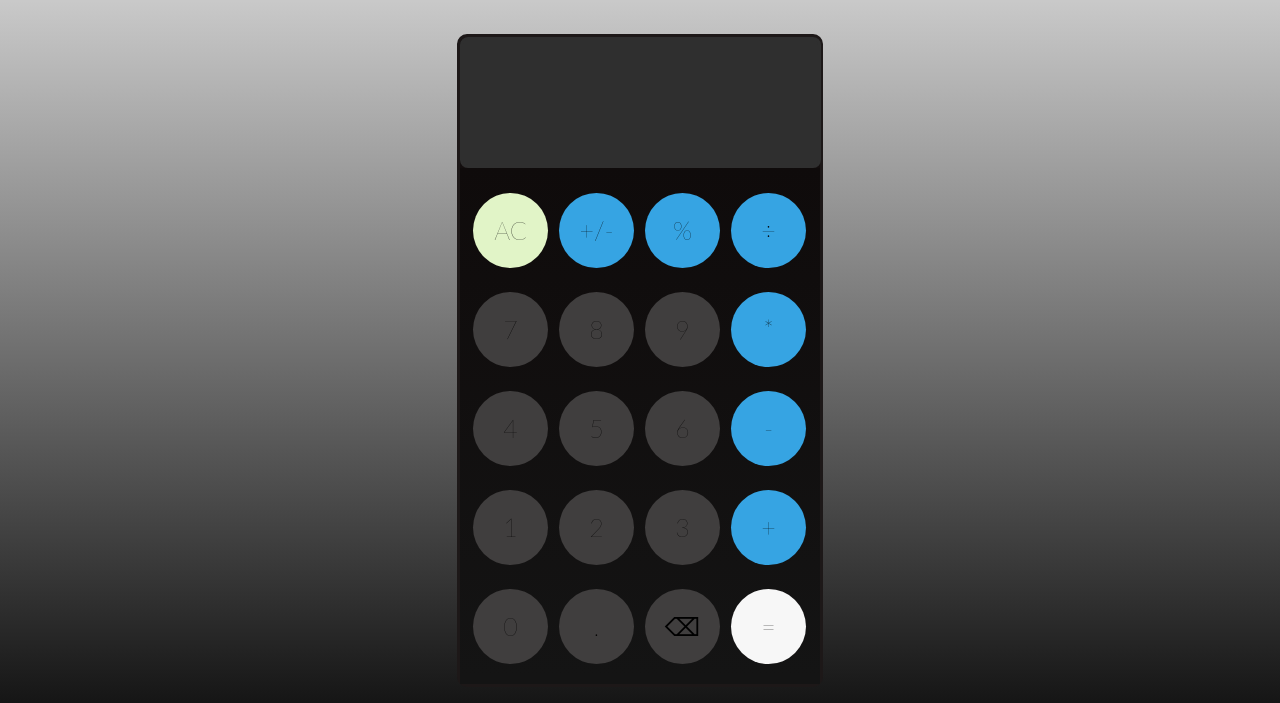
Repository: MhlengiNgubane/BrainnestJsTwo
Page: index.html
These files come from the project's save history. The page is drawn as it stood at one moment and after the next save; the edit follows.
The browser window is 1280 px wide. The pictures show the whole page.

Above is the page before, as saved 2022-09-12 09:58:06.

### index.html
<!DOCTYPE html>
<html lang="en">
<head>
    <meta charset="UTF-8">
    <meta http-equiv="X-UA-Compatible" content="IE=edge">
    <meta name="viewport" content="width=device-width, initial-scale=1.0">
    <title>CALCULATOR</title>

    <link rel="stylesheet" href="style.css">
</head>
    <body>
            <div class="container">
                <input type="text" class="input" value="" disabled />
                <div class="buttons">
                    <button value="AC" class="ac clear">AC</button>
                    <button value="+/-" class="oper plusMinus">+/-</button>
                    <button value="%" class="oper percent">%</button>
                    <button value="/" class="oper operator">&divide</button>

                    <button value="7" class="number">7</button>
                    <button value="8" class="number">8</button>
                    <button value="9" class="number">9</button>
                    <button value="*" class="oper operator">*</button>

                    <button value="4" class="number">4</button>
                    <button value="5" class="number">5</button>
                    <button value="6" class="number">6</button>
                    <button value="-" class="oper operator">-</button>

                    <button value="1" class="number">1</button>
                    <button value="2" class="number">2</button>
                    <button value="3" class="number">3</button>
                    <button value="+" class="oper operator">+</button>

                    <button value="0" class="zero number">0</button>
                    <button value="." class="decimal">.</button>
                    <button value="DEL" class="delete">⌫</button>
                    <button value="=" class="equal operator">=</button>
                </div>
            </div>

        <script src="App.js"></script>
    </body>
</html>

### style.css
* {
    border: 0;
    margin: 0;
    padding: 0;
    font-family: 'lato';
    font-weight: 100;
}

body{
    font-family: 'Roboto';
    font-weight: 400;
    background: linear-gradient(360deg, #141414 1.56%, rgba(0, 0, 0, 0.21) 100%);
    width: 100%;
    height: 100vh;
    display: flex;
    flex-direction: column;
    align-items: center;
    justify-content: center;
}



.container{
    align-items: center;
    margin: auto;
    margin-top: 60px;
    width: 360px;
    border: 20px;
    border: 3px solid #1d1818;
    background-color: #130e0e;
    border-radius: 10px;
    margin-bottom: 60px;
}

.input{
    position: relative;
    width: 355px;
    height: 125px;
    border: 3px solid #2f2f2f;
    text-align: right;
    border-radius: 8px;
    background-color: #2f2f2f;
    color: #fff;
    font-size: 60px;
}

.buttons{
    display: grid;
    grid-template-columns: repeat(4, 1fr);
    row-gap: 10px;
    column-gap: 10px;
    background: linear-gradient(360deg, #141414 1.56%, rgba(0, 0, 0, 0.21) 100%);
    padding: 18px 13px 13px 13px;
}

button{
    border: 1;
    outline: none;
    height: 75px;
    width: 75px;
    border-radius: 70px;
    text-align: center;
    margin-top: 7px;
    margin-bottom: 7px;
    color: ;
    font-size: 25px;
    background-color: #403e3e;
}

.oper {
    background-color: #36a4e3;
}

.ac {
    background-color: #e1f4c7;
}

.equal {
    background-color: #f7f7f7;
}

### App.js
function add(firstNumber, secondNumber){
  return firstNumber + secondNumber;
}
function subtract(firstNumber, secondNumber){
  return firstNumber - secondNumber;
}
function multiply(firstNumber, secondNumber){
  return firstNumber * secondNumber;
}
function divide(firstNumber, secondNumber){
  return firstNumber / secondNumber;
}
function operate(operator, firstNumber, secondNumber){
  if(operator === '+'){
      return add(firstNumber, secondNumber);
  }
  else if(operator === '-'){
      return subtract(firstNumber, secondNumber);
  }
  else if(operator === '*'){
      return multiply(firstNumber, secondNumber);
  }
  else if(operator === '/'){
      return divide(firstNumber, secondNumber);
  }
  return secondNumber;
}

const display = document.querySelector('.input');

const calculator = {
  displayValue: '0',
  firstNumber: null,
  operator: null,
  secondNumber: false,
};

function clear() {
  calculator.displayValue = '0';
  calculator.firstNumber = null;
  calculator.operator = null;
  calculator.secondNumber = false;
}

function updateDisplay() {
  display.value = calculator.displayValue;
}

const buttons = document.querySelector('.buttons');
buttons.addEventListener('click', (e) => {
const target = e.target;

  if (!target.matches('button')) {
      return;
  }

  if (target.classList.contains('clear')) {
      clear();
      updateDisplay();
      return;
  }

  if (target.classList.contains('delete')) {
      undo();
      return;
  }

  if (target.classList.contains('plusMinus')) {
      plusMinus();
      return;
  }

  if (target.classList.contains('percent')) {
      percentage();
      return;
  }

  if (target.classList.contains('decimal')) {
      decimal(target.value);
      updateDisplay();
      return;
  }

  if (target.classList.contains('operator')) {
      calculate(target.value);
      updateDisplay();
      return;
  }

      displayNumber(target.value);
      updateDisplay();
});

function undo(){
  display.value = display.value.slice(0, -1);
  calculator.displayValue = display.value;
}

function plusMinus(){
  let displayPlusMinus = calculator.displayValue;
  if(displayPlusMinus >= 0){
      display.value = '-' + displayPlusMinus;
  }
  calculator.displayValue = display.value;
}

function percentage(){
  let displayPercent = calculator.displayValue;
  if(displayPercent != 0){
      display.value = displayPercent / 100;
  }
 calculator.displayValue = display.value;
}

function decimal(dot) {
  if (calculator.secondNumber === true) {
      calculator.displayValue = '0.'
      calculator.secondNumber = false;
      return
  }
  if (!calculator.displayValue.includes(dot)) {
      calculator.displayValue += dot;
  }
}

function displayNumber(number) {
  let displayValue = calculator.displayValue;
  const secondNumber = calculator.secondNumber;

  if (secondNumber === true) {
      calculator.displayValue = number;
      calculator.secondNumber = false;
  }
  else if(displayValue === '0'){
      calculator.displayValue = number;
  }
  else{
      calculator.displayValue = displayValue + number;
  }
}

function calculate(inputOperator) {
  const firstNumber = calculator.firstNumber;
  const displayValue = calculator.displayValue;
  const operator  = calculator.operator;

  const inputValue = parseFloat(displayValue);

  if (operator && calculator.secondNumber)  {
      calculator.operator = inputOperator;
      return;
    }

  if (firstNumber == null) {
      calculator.firstNumber = inputValue;

  } else if (operator) {
      const result = operate(operator, firstNumber, inputValue);
      calculator.displayValue = `${parseFloat(result.toFixed(6))}`;
      calculator.firstNumber = result;
  }
  calculator.secondNumber = true;
  calculator.operator = inputOperator;
  console.log(calculator);
}

After the next save:
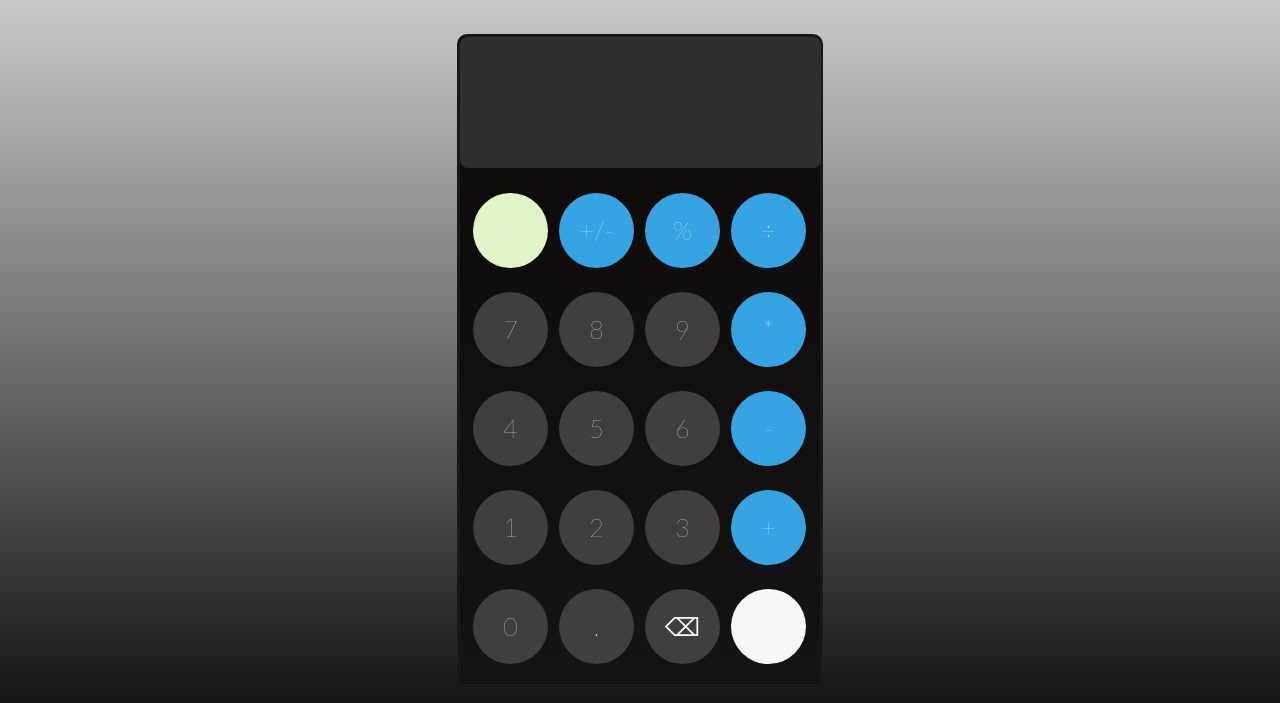
Saved 9 s later.
--- a/style.css
+++ b/style.css
@@ -62,7 +62,7 @@ button{
     text-align: center;
     margin-top: 7px;
     margin-bottom: 7px;
-    color: ;
+    color: #f7f7f7;
     font-size: 25px;
     background-color: #403e3e;
 }
